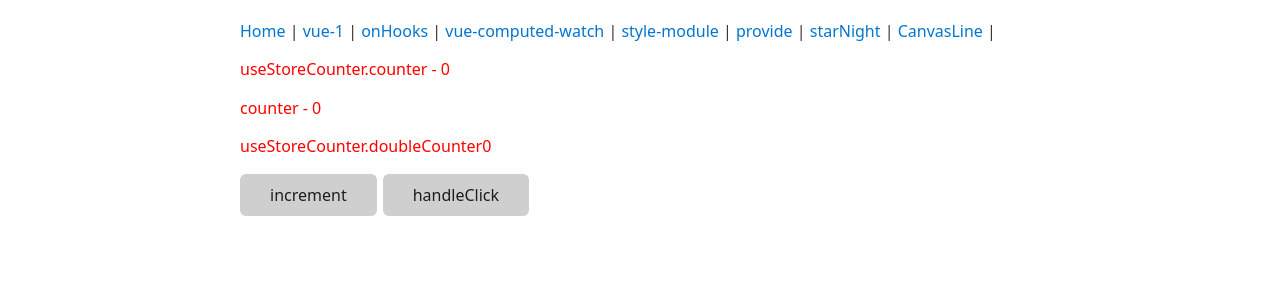
Repository: 596178924/vue3-ts-html
Page: /
An editor plug-in stored every save of this project. The page is shown before and after the next save, followed by the edit.
The browser window is 1280 px wide. The pictures show the whole page.
The project was rebuilt for these pictures with package versions that can differ from the ones it lists, and the page was loaded fresh each time. Also part of the build but not shown: vue.config.js.

Above is the page before, as saved 2022-02-15 16:11:45.

### public/index.html
<!DOCTYPE html>
<html lang="">
  <head>
    <meta charset="utf-8">
    <meta http-equiv="X-UA-Compatible" content="IE=edge">
    <meta name="viewport" content="width=device-width,initial-scale=1.0">
	<link rel="stylesheet" href="https://cdn.jsdelivr.net/npm/water.css@2/out/water.css">
    <link rel="icon" href="<%= BASE_URL %>favicon.ico">
    <title><%= htmlWebpackPlugin.options.title %></title>
  </head>
  <body>
    <noscript>
      <strong>We're sorry but <%= htmlWebpackPlugin.options.title %> doesn't work properly without JavaScript enabled. Please enable it to continue.</strong>
    </noscript>
    <div id="app"></div>
    <!-- built files will be auto injected -->
  </body>
</html>

### src/main.ts
import { createApp } from 'vue';
import App from './App.vue';
import router from './router';
import { createPinia } from 'pinia'
const app = createApp(App);
app.use(createPinia());
app.use(router);
app.mount('#app');

### src/App.vue
<template>
  <div id="nav">
    <router-link to="/">Home</router-link> |
    <router-link to="/vue-1">vue-1</router-link> |
    <router-link to="/onHooks">onHooks</router-link> |
    <router-link to="/vue-computed-watch">vue-computed-watch</router-link> |
    <router-link to="/style-module">style-module</router-link> |
    <router-link to="/provide">provide</router-link> |
    <router-link to="/starNight">starNight</router-link> |
    <router-link to="/CanvasLine">CanvasLine</router-link> |

  </div>
  <router-view/>
</template>

<style lang="scss">

</style>

### src/router/index.ts
import { createRouter, createWebHashHistory, RouteRecordRaw } from 'vue-router';

const routes: Array<RouteRecordRaw> = [
	{
		path: '/',
		name: 'Home',
		component: () => import('@/views/Home.vue')
	},
	{
		path: '/vue-1',
		name: 'vue-1',
		component: () => import('@/views/vue-1.vue')
	},
	{
		path: '/onHooks',
		name: 'onHooks',
		component: () => import('@/views/onHooks.vue')
	},
	{
		path: '/vue-computed-watch',
		name: 'vue-computed-watch',
		component: () => import('@/views/vue-computed-watch.vue')
	},
	{
		path: '/style-module',
		name: 'style-module',
		component: () => import('@/views/style-module.vue')
	},
	{
		path: '/provide',
		name: 'provide',
		component: () => import('@/views/provide.vue')
	},
	{
		path: '/starNight',
		name: 'starNight',
		component: () => import('@/views/starNight.vue')
	},
	{
		path: '/CanvasLine',
		name: 'CanvasLine',
		component: () => import('@/views/CanvasLine.vue')
	},

];

const router = createRouter({
	history: createWebHashHistory(),
	routes
});

export default router;

### src/views/Home.vue
<template>
	<div class="home">
		<p class="red">{{ 'useStoreCounter.counter - ' + useStoreCounter.counter }}</p>
		<p class="red">{{ 'counter - ' + counter }}</p>
		<p class="red">{{ 'useStoreCounter.doubleCounter' + useStoreCounter.doubleCounter }}</p>
		<button @click="useStoreCounter.increment">increment</button>
		<button @click="handleClick">handleClick</button>
	</div>
</template>

<script setup lang="ts" >
import { UseStoreCounter } from "@/PiniaStore/counter"
import { storeToRefs } from "pinia";
import { ref } from "vue";

const useStoreCounter = UseStoreCounter()
console.log(useStoreCounter)
// let counter = ref(0);
const { counter } = storeToRefs(useStoreCounter);

function handleClick() {
	// useStoreCounter.counter++;
	// useStoreCounter.counter += 5;
	// useStoreCounter.$patch({
	// 	counter: useStoreCounter.counter + 5
	// })
	useStoreCounter.$patch((state) => {
		state.counter += 5
	});
	console.log("useStoreCounter.counter", useStoreCounter.counter)
}
</script>
<style lang="scss" scoped>
.red {
	color: #ff0000;
}
</style>

### src/PiniaStore/counter.ts
import { defineStore } from "pinia"

export const UseStoreCounter = defineStore('counter', {
	state: () => ({
		counter: 0,
		name: 'pinia',
		isAdmin: true,
		phone: '15581609046'
	}),
	getters:{
		doubleCounter:({counter})=> counter * 2,
		phoneHidden:({phone})=>phone.toString().replace(/^(\d{3})\d{4}(\d{4})/,'$1****$2')
	},
	actions:{
		increment() {
			this.counter++;
			console.log("UseStoreCounter increment",this.counter)
		},
		randomizeCounter() {
			this.counter = Math.round(100 * Math.random())
		}
	}
})

After the next save:
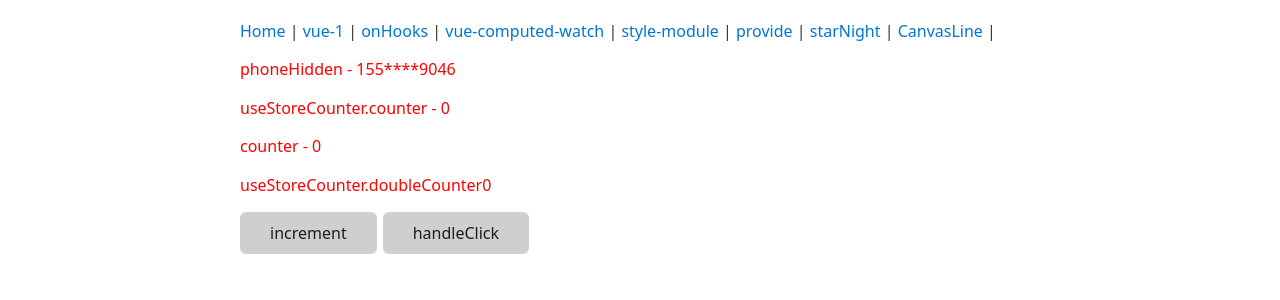
Saved 19 s later.
--- a/src/views/Home.vue
+++ b/src/views/Home.vue
@@ -1,5 +1,7 @@
 <template>
 	<div class="home">
+
+		<p class="red">{{ 'phoneHidden - ' + phoneHidden }}</p>
 		<p class="red">{{ 'useStoreCounter.counter - ' + useStoreCounter.counter }}</p>
 		<p class="red">{{ 'counter - ' + counter }}</p>
 		<p class="red">{{ 'useStoreCounter.doubleCounter' + useStoreCounter.doubleCounter }}</p>
@@ -16,7 +18,7 @@ import { ref } from "vue";
 const useStoreCounter = UseStoreCounter()
 console.log(useStoreCounter)
 // let counter = ref(0);
-const { counter } = storeToRefs(useStoreCounter);
+const { counter,phoneHidden } = storeToRefs(useStoreCounter);
 
 function handleClick() {
 	// useStoreCounter.counter++;
